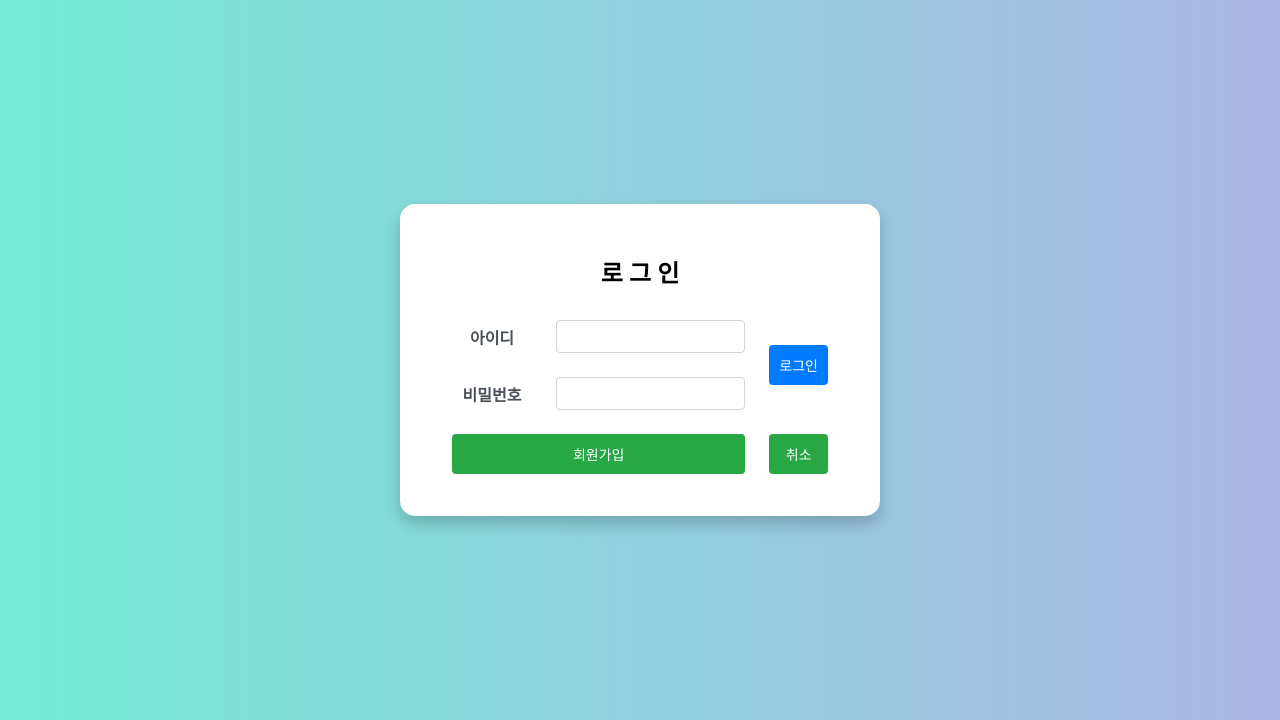
Repository: 1plus1equals3-true/Board-Project
Page: http://localhost/jsp/member/Login.jsp
An editor plug-in stored every save of this project. The page is shown before and after the next save, followed by the edit.
The browser window is 1280 px wide. The pictures show the whole page.
The page is served by Tomcat 9.

Above is the page before, as saved 2025-09-24 07:24:58.

After the next save:
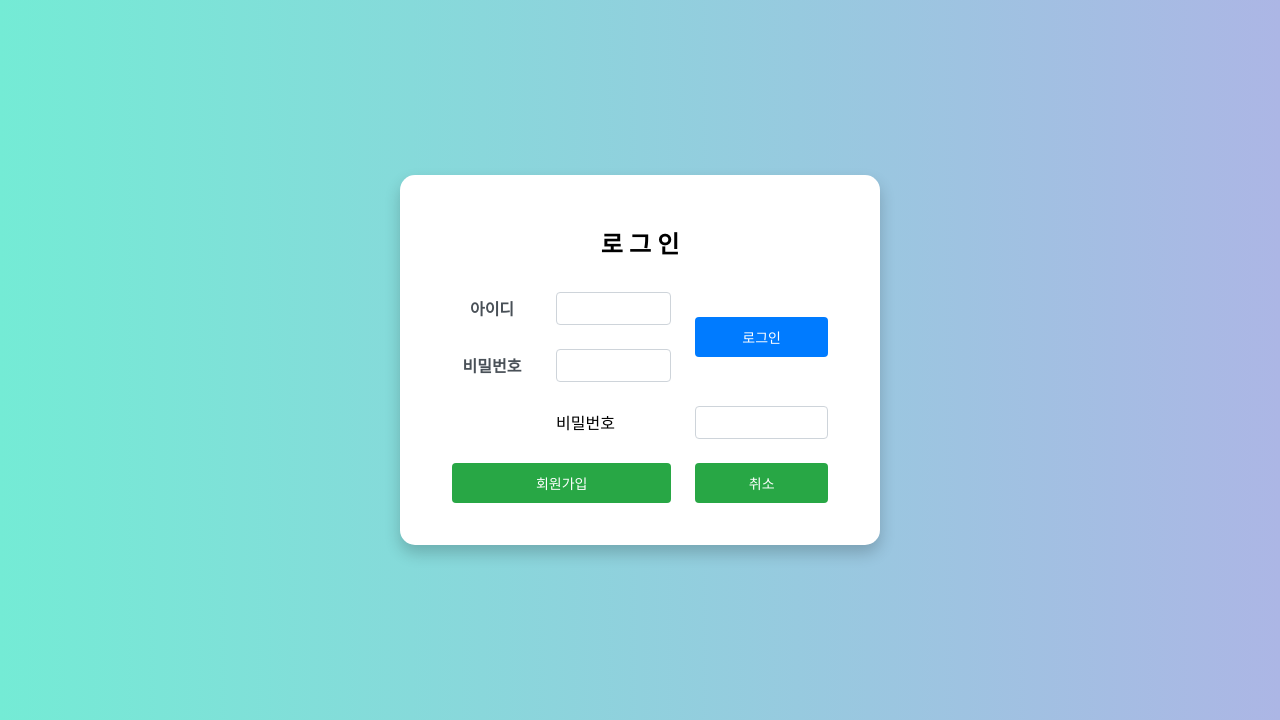
Saved 12 min 29 s later.
--- a/jsp/src/main/webapp/member/Login.jsp
+++ b/jsp/src/main/webapp/member/Login.jsp
@@ -125,6 +125,12 @@ body {
 		</tr>
 
 		<tr>
+			<td></td>
+			<td>비밀번호</td>
+			<td><input type="password" name="loginpass"></td>
+		</tr>
+
+		<tr>
 			<td colspan="2"><a href="Join.jsp"><button type="button" class="btn-join">회원가입</button></a></td>
 			<td><a href="../board_proc/main_proc.jsp"><button type="button" class="btn-join">취소</button></a></td>
 		</tr>
